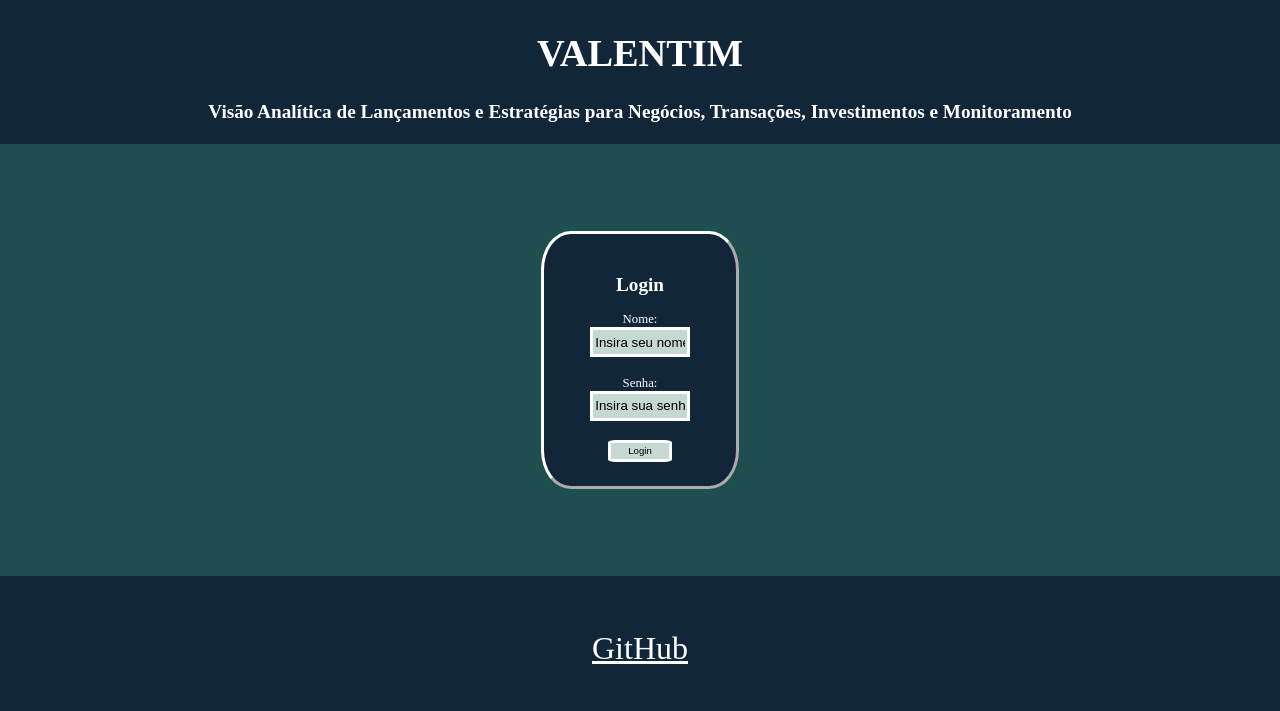
Repository: Matheus-Lacerda009/ERP-Financeiro
Page: Front/index.html
The author's editor kept a copy of each file at every save. The page is drawn from the files as they stood at one save, then again after the next save.
The browser window is 1280 px wide. The pictures show the whole page.

Above is the page before, as saved 2026-07-13 18:59:15.

### Front/index.html
<!DOCTYPE html>
<html lang="en">
<head>
    <meta charset="UTF-8">
    <meta name="viewport" content="width=device-width, initial-scale=1.0">
    <link rel="stylesheet" href="index.css">
    <title>Login: VALENTIM</title>
</head>
<body>
    <header>
        <h1>VALENTIM</h1>
        <h2>Visão Analítica de Lançamentos e Estratégias para Negócios, Transações, Investimentos e Monitoramento</h2>
    </header>
    <main>
        <div class="container">
            <div id="divLogin">
            <h2 id="login">Login</h2>
                <form id="formLogin">
                    <label for="inputNome">Nome:</label>
                    <br>
                    <input type="text" placeholder="Insira seu nome" id="inputNome">
                    <br>
                    <label for="inputSenha">Senha:</label>
                    <br>
                    <input type="password" placeholder="Insira sua senha" id="inputSenha">
                    <br>
                    <button type="submit" id="botaoEnvio">Login</button>
                </form>
            </div>
        </div>
    </main>
    <footer>
        <a href="https://github.com/Matheus-Lacerda009/ERP-Financeiro.git" id="github">GitHub</a>
    </footer>
</body>
<script src="index.js"></script>
</html>

### Front/index.css
header{
    position: fixed;
    top: 0;
    left: 0;
    width: 100%;
    height: 20%;
    background-color: #12263A;
    text-align: center;
    align-content: center;
}

footer{
    position: fixed;
    bottom: 0;
    left: 0;
    width: 100%;
    height: 20%;
    background-color: #12263A;
    text-align: center;
    align-content: center;
}

#github{
    color: white;
    font-size: 200%;
}

h1{
    font-size: 300%;
    color: white;
    font-size: 3vw;
}

header, h2{
    color: white;
    font-size: 1.5vw;
}

body{
    margin: 0;
    padding: 0;
    background-color: #1f4e50;
}

.container{
    display: flex;
    justify-content: center;
    align-items: center;
    height: 100vh;
    flex-direction: column;
}

#divLogin{
    top: 50%;
    left: 50%;
    width: 15%;
    height: 35%;
    justify-content: center;
    align-content: center;
    text-align: center;
    background-color: #12263A;
    border: 3px outset white;
    border-radius: 15%;
}

#botaoEnvio{
    width: 5vw;
    height: 3vh;
    transition: .5s;
    background-color: #C5D8D1;
    border: 3px solid white;
    border-radius: 12%;
    color: black;
    font-size: .75vw;
}

input::placeholder{
    text-align: center;
    color: black;
    transition: .5s;
}

input:hover::placeholder{
    color: white;
}

#inputNome, #inputSenha{
    margin-bottom: 10%;
    height: 3vh;
    width: 7vw;
    transition: .5s;
    background-color: #C5D8D1;
    border: 3px solid white;
    color: black;
}

#botaoEnvio:hover{
    background-color: #2f7a7c;
    height: 4vh;
    width: 6vw;
    color: white;
}

#inputNome:hover, #inputSenha:hover{
    background-color: #2f7a7c;
    color: white;
}

#formLogin, label{
    color: white;
    font-size: 1vw;
}

#login{
    color: white;
}

### Front/index.js
document.getElementById("formLogin").addEventListener("submit", async (event) => {
    event.preventDefault();
    try{
        const nome = document.getElementById("inputNome").value;
        const senha = document.getElementById("inputSenha").value;
        const resposta = await fetch(`http://localhost:8085/login?nome=${nome}&senha=${senha}`);
        const retorno = await resposta.json();
        if(retorno){
            window.location.href = "menu/menu.html";
        }
    } catch(erro){
        console.log(erro);
    }
});

After the next save:
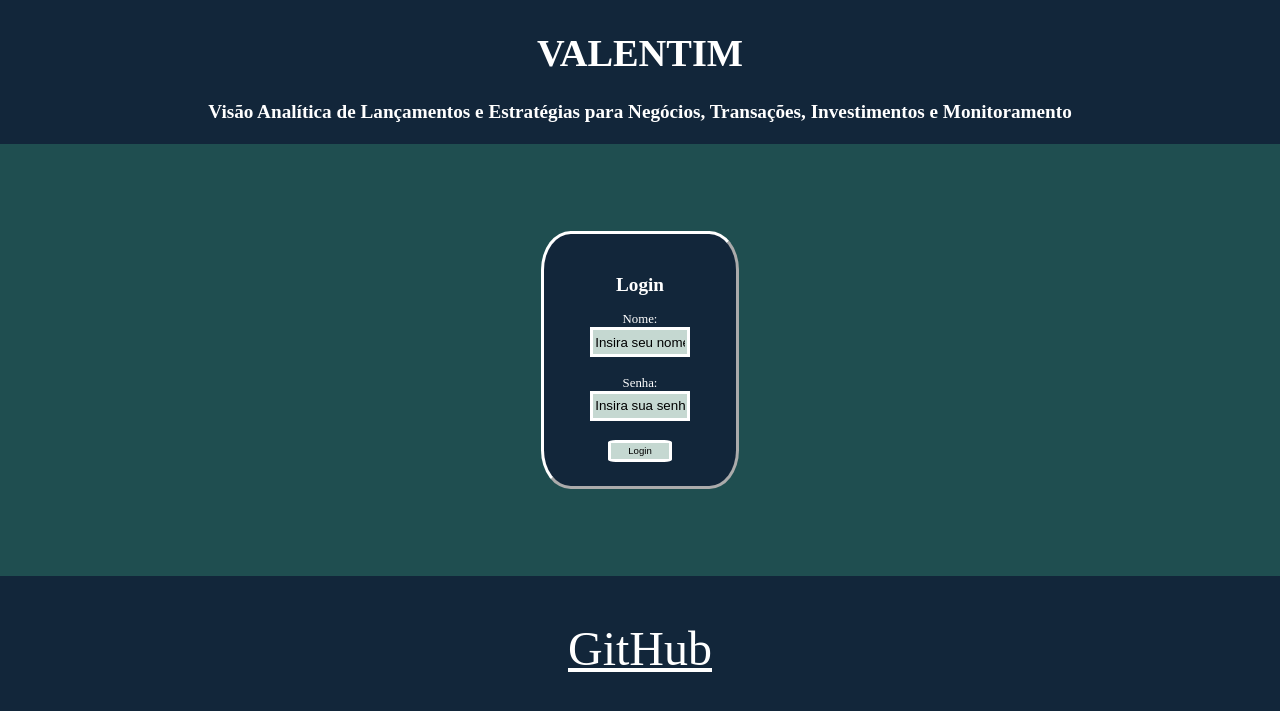
Saved 6 s later.
--- a/Front/index.css
+++ b/Front/index.css
@@ -22,7 +22,7 @@ footer{
 
 #github{
     color: white;
-    font-size: 200%;
+    font-size: 300%;
 }
 
 h1{
